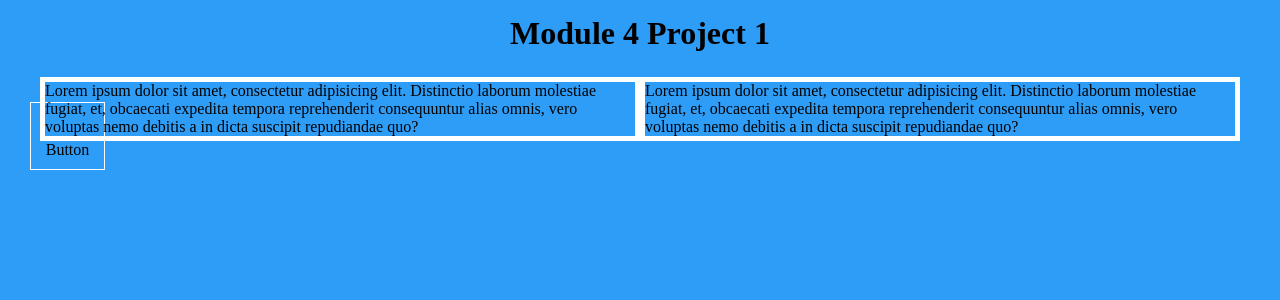
Repository: mlmEFSC21/P6-External-Style-Sheet
Page: index.html
These files come from the project's save history. The page is drawn as it stood at one moment and after the next save; the edit follows.
The browser window is 1280 px wide. The pictures show the whole page.

Above is the page before, as saved 2022-02-09 20:14:12.

### index.html
<!DOCTYPE html>
<html lang="en">
    <head>
        <meta charset="UTF-8" />
        <meta http-equiv="X-UA-Compatible" content="IE=edge" />
        <meta name="viewport" content="width=device-width, initial-scale=1.0" />
        <link rel="stylesheet" href="Styles.css" />
        <title>External Style Sheets</title>
    </head>
    <header><h1>Module 4 Project 1</h1></header>
    <body>
        <div class="floatContainer">
            <p class="p1">
                Lorem ipsum dolor sit amet, consectetur adipisicing elit. Distinctio laborum
                molestiae fugiat, et, obcaecati expedita tempora reprehenderit consequuntur alias
                omnis, vero voluptas nemo debitis a in dicta suscipit repudiandae quo?
            </p>

            <p class="p2">
                Lorem ipsum dolor sit amet, consectetur adipisicing elit. Distinctio laborum
                molestiae fugiat, et, obcaecati expedita tempora reprehenderit consequuntur alias
                omnis, vero voluptas nemo debitis a in dicta suscipit repudiandae quo?
            </p>
        </div>
        <div class="button">Button</div>
    </body>
</html>

### Styles.css
:root {
    /* --clr-font: black; */
    --clr-background: #2e9df7;
    --clr-button: #ffc907;
}
*,
*::before,
*::after {
    margin: 0;
    padding: 0;
    box-sizing: border-box;
}
header {
    text-align: center;
}
body {
    background-color: var(--clr-background);
    color: black;
    margin: 10px;
    padding: 5px;
}
div {
    margin: 15px;
    padding: 10px;
}
.p1 {
    border: 5px solid white;
    float: left;
    width: 50%;
}
.p2 {
    border: 5px solid white;
    float: right;
    width: 50%;
}
.button {
    border: 1px solid white;
    width: 75px;
    text-align: center;
}

After the next save:
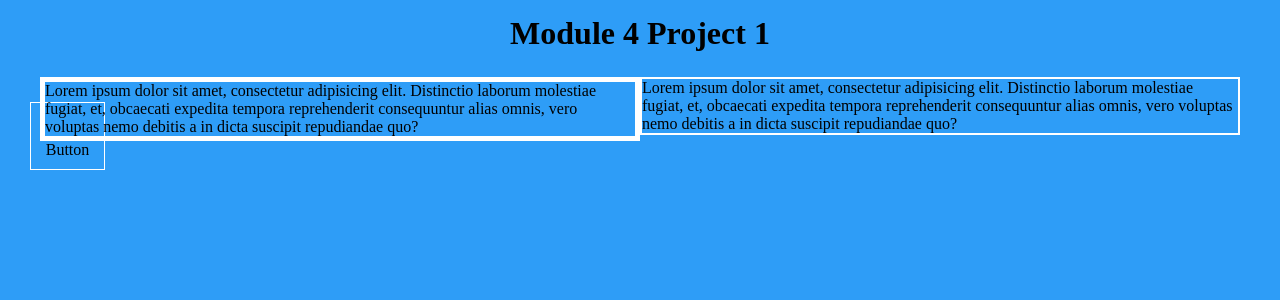
Saved 7 s later.
--- a/Styles.css
+++ b/Styles.css
@@ -29,7 +29,7 @@ div {
     width: 50%;
 }
 .p2 {
-    border: 5px solid white;
+    border: 2.5px solid white;
     float: right;
     width: 50%;
 }
